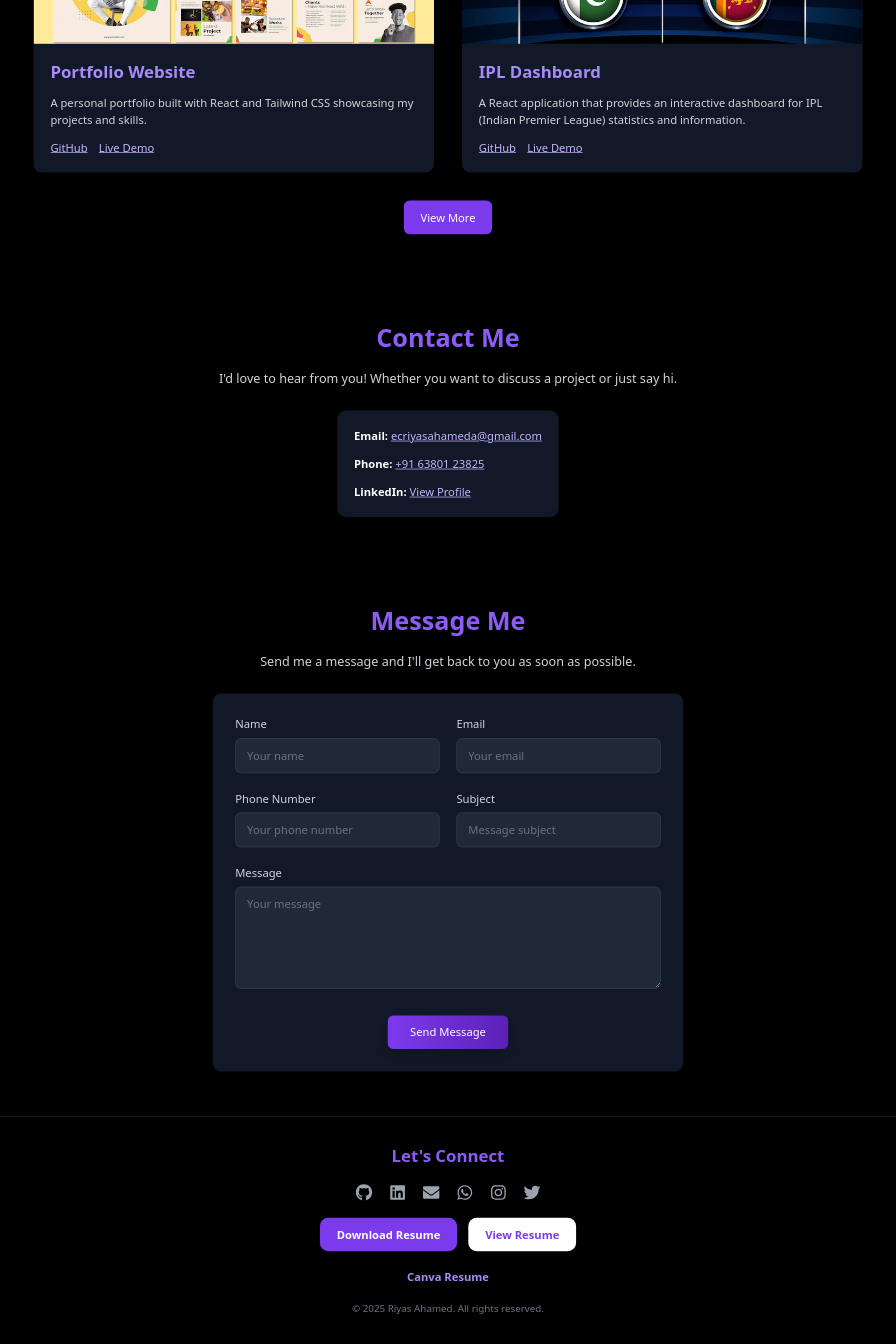
Repository: riyas-git-sys/My-Portfolio
Page: /
The author's editor kept a copy of each file at every save. The page is drawn from the files as they stood at one save, then again after the next save.
The browser window is 1280 px wide. The pictures show the part of the page from y = 3771 to 5691 px (the page is 5691 px tall), at 70% of full size.
The project was rebuilt for these pictures with package versions that can differ from the ones it lists, and the page was loaded fresh each time.

Above is the page before, as saved 2025-07-16 14:35:10.

After the next save:
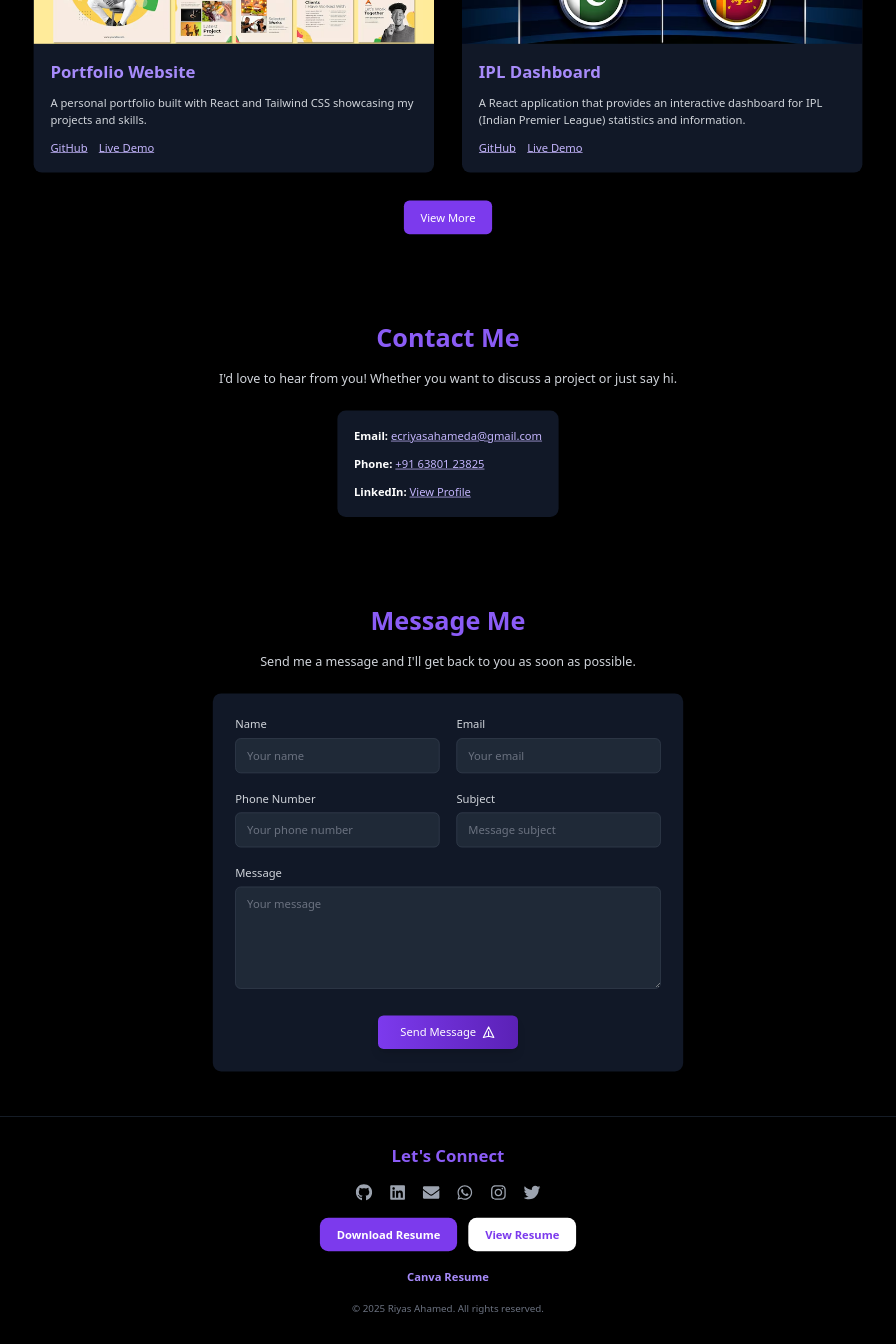
Saved 91 s later.
--- a/src/components/messageme.js
+++ b/src/components/messageme.js
@@ -240,7 +240,12 @@
                   </svg>
                   Sending...
                 </span>
-              ) : ('Send Message')}
+              ) : (<span className="flex items-center justify-center">
+                Send Message
+                <svg xmlns="http://www.w3.org/2000/svg" className="h-5 w-5 ml-2" fill="none" viewBox="0 0 24 24" stroke="currentColor">
+                  <path strokeLinecap="round" strokeLinejoin="round" strokeWidth={2} d="M12 19l9 2-9-18-9 18 9-2zm0 0v-8" />
+                </svg>
+              </span>)}
             </motion.button>
           </motion.div>
         </motion.form>

After the save that followed:
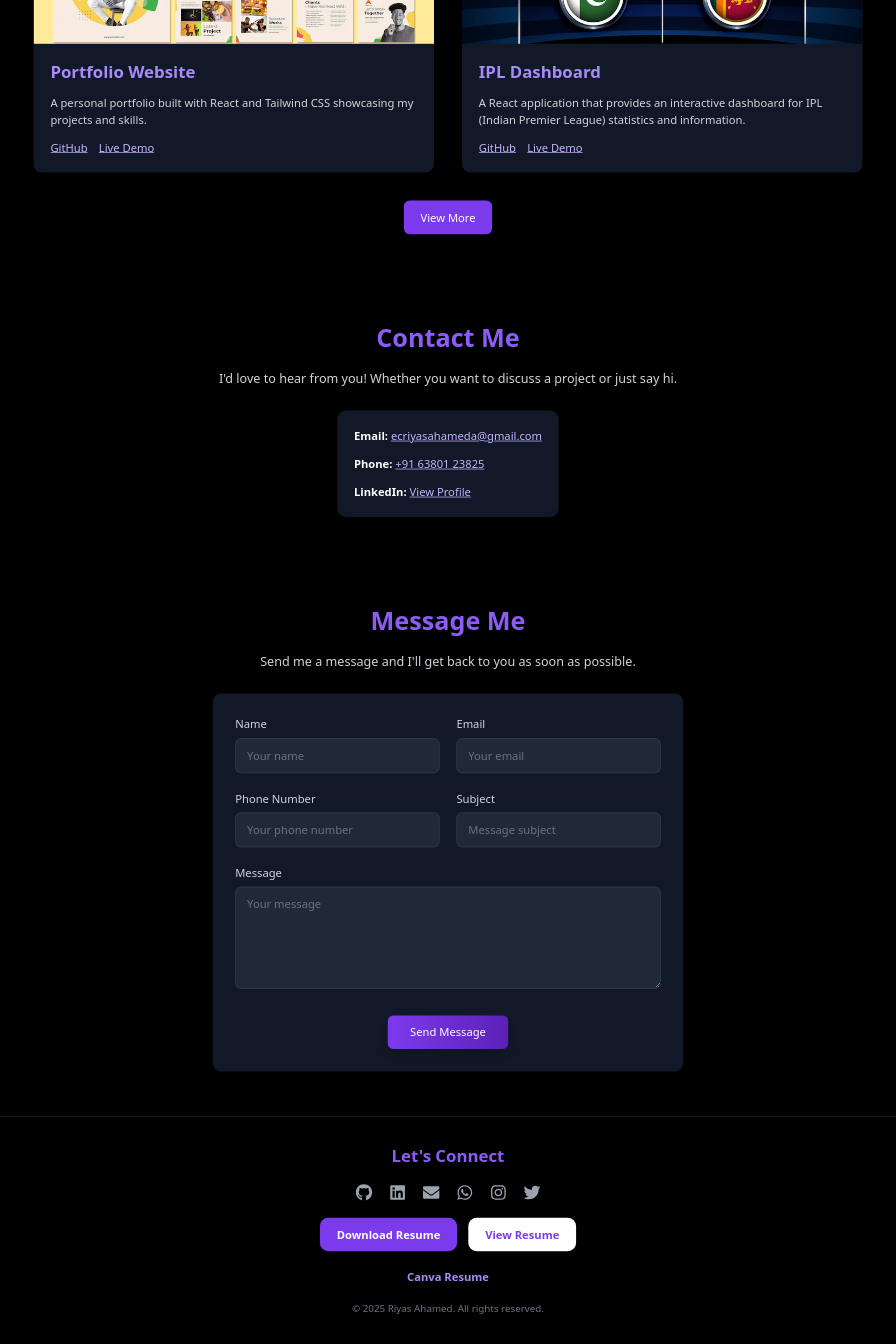
Saved 6 min 10 s later.
--- a/src/components/messageme.js
+++ b/src/components/messageme.js
@@ -242,9 +242,7 @@
                 </span>
               ) : (<span className="flex items-center justify-center">
                 Send Message
-                <svg xmlns="http://www.w3.org/2000/svg" className="h-5 w-5 ml-2" fill="none" viewBox="0 0 24 24" stroke="currentColor">
-                  <path strokeLinecap="round" strokeLinejoin="round" strokeWidth={2} d="M12 19l9 2-9-18-9 18 9-2zm0 0v-8" />
-                </svg>
+                <i className="fas fa-paper-plane"></i>
               </span>)}
             </motion.button>
           </motion.div>
